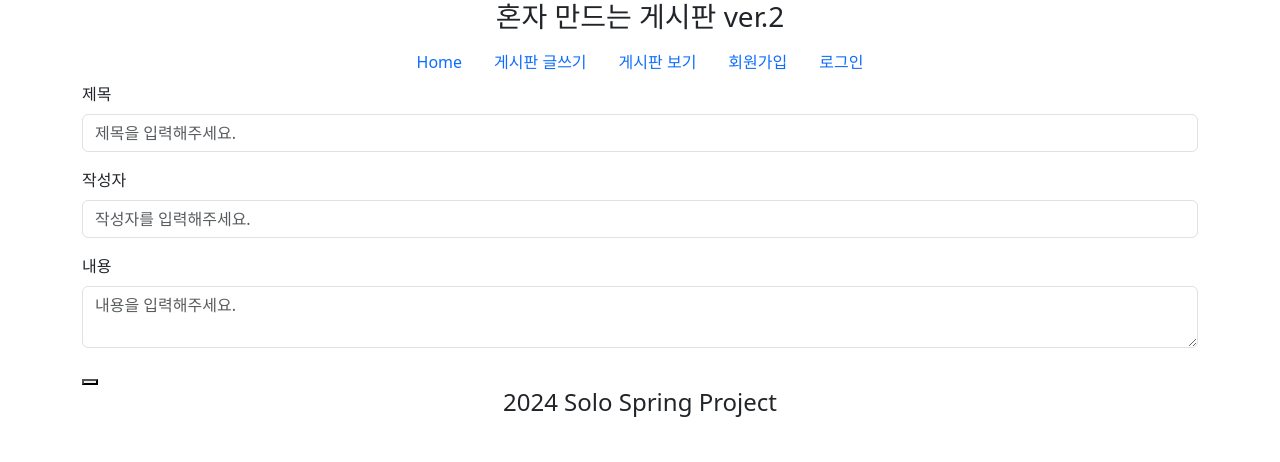
Repository: nefer2/Spring_test
Page: http://localhost/spring_test7/WEB-INF/views/board/register.jsp
An editor plug-in stored every save of this project. The page is shown before and after the next save, followed by the edit.
The browser window is 1280 px wide. The pictures show the whole page.
The page is served by Tomcat 9. Nobody is signed in. The template is opened directly, without the code that normally fills it, so the values that code supplies are empty.

Above is the page before, as saved 2024-01-17 04:01:18.

After the next save:
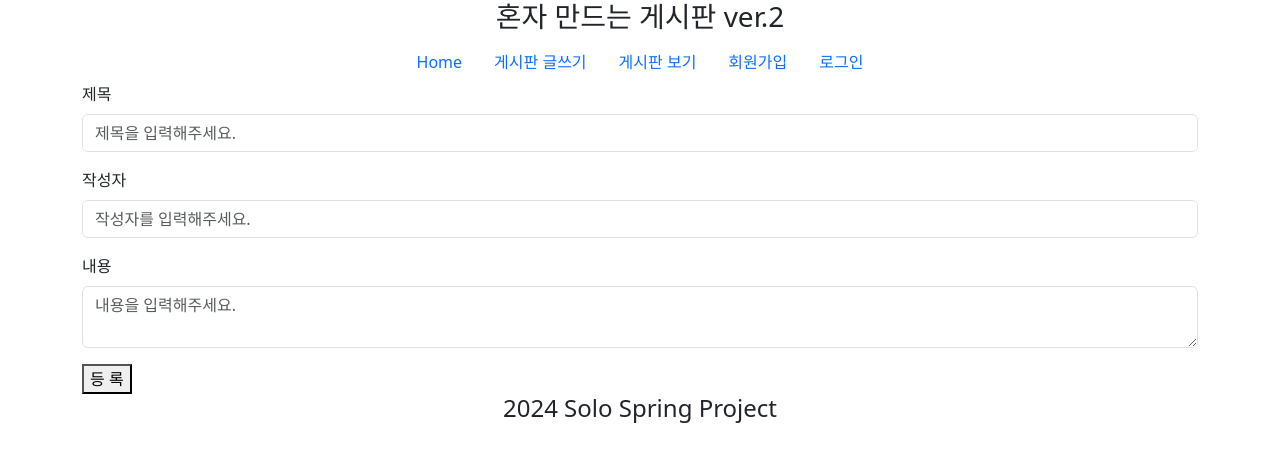
Saved 14 s later.
--- a/spring_test7/src/main/webapp/WEB-INF/views/board/register.jsp
+++ b/spring_test7/src/main/webapp/WEB-INF/views/board/register.jsp
@@ -23,7 +23,11 @@
 		  <label for="content" class="form-label">내용</label>
 		  <textarea name="content" class="form-control" id="content" placeholder="내용을 입력해주세요."></textarea>
 		</div>
-<button></button>
+
+
+<button type="submit">등 록</button>
+
+
 	</form>
 </div>
 
